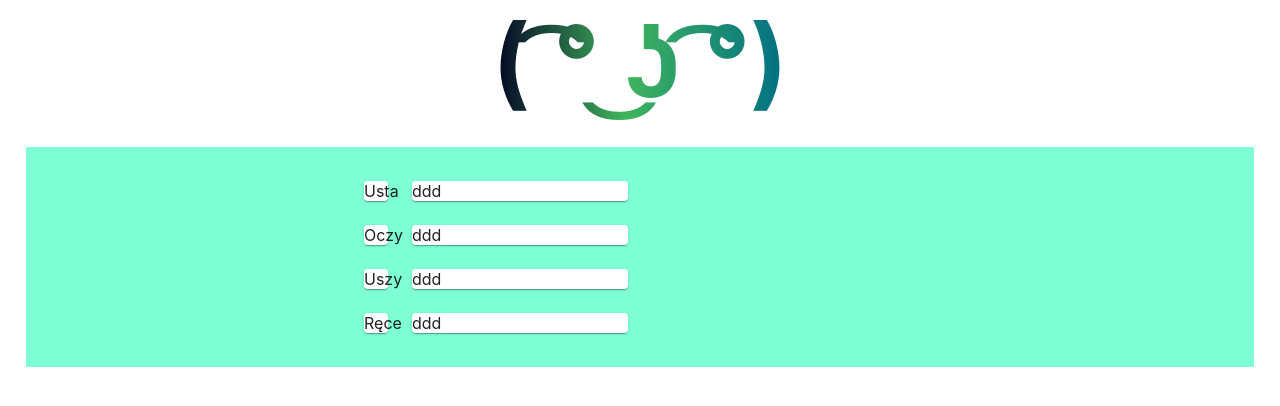
Repository: ogigg/react-Lenny-generator
Page: / (app in lenny-generator/)
The author's editor kept a copy of each file at every save. The page is drawn from the files as they stood at one save, then again after the next save.
The browser window is 1280 px wide. The pictures show the whole page.
The project was rebuilt for these pictures with package versions that can differ from the ones it lists, and the page was loaded fresh each time.

Above is the page before, as saved 2019-12-12 16:17:17.

After the next save:
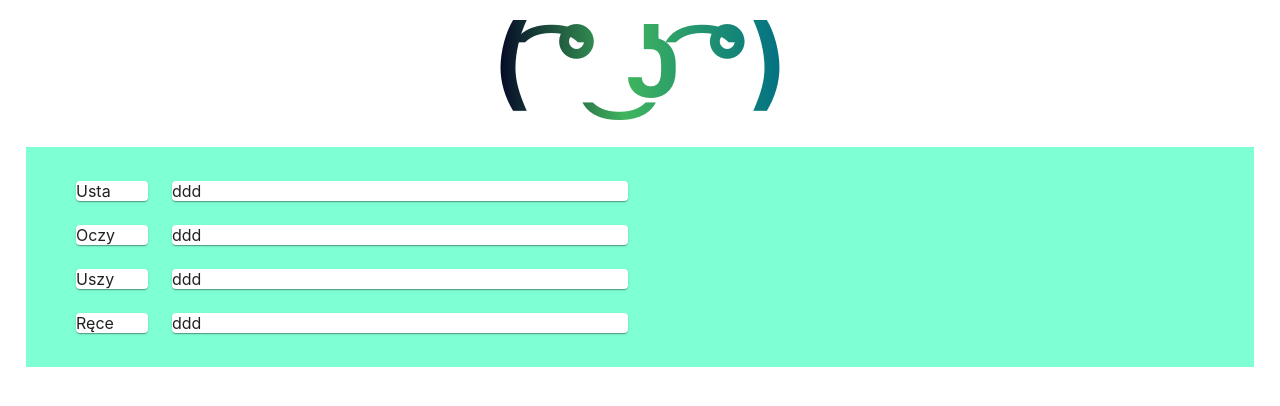
Saved 7 s later.
--- a/lenny-generator/src/App.js
+++ b/lenny-generator/src/App.js
@@ -18,7 +18,7 @@
     <div>
       <Lenny lenny={this.state.lennyFace}/>
       <div className="menu-wrapper">
-        <Grid container spacing={3} alignItems={'stretch'} xs={6}>
+        <Grid container spacing={3} alignItems={'stretch'} xs={12}>
           <Grid container item spacing={3}>
             <Grid item xs={1}>
               <Paper>Usta</Paper>

After the 2 saves that followed:
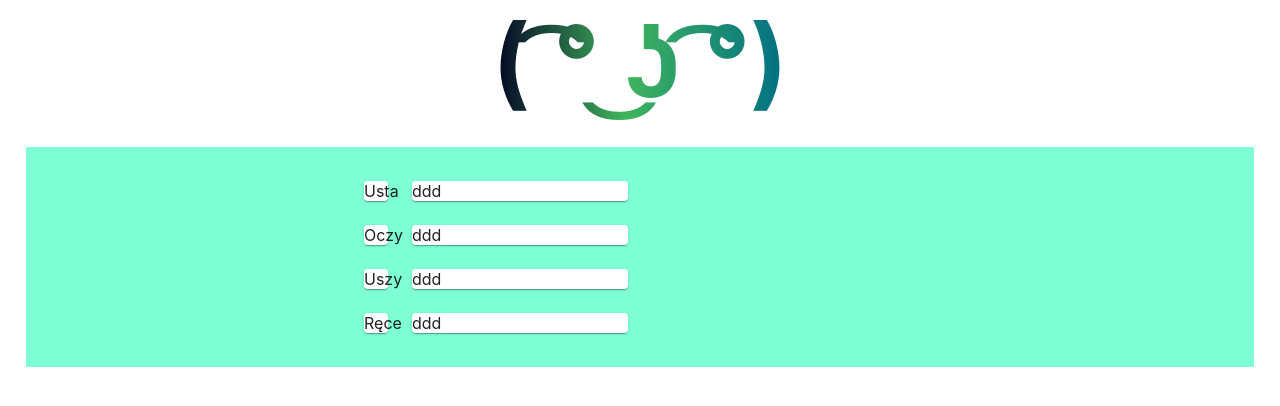
The 2 saves are shown as one change because they came seconds apart.
The last was saved 7 s later.
--- a/lenny-generator/src/App.js
+++ b/lenny-generator/src/App.js
@@ -18,7 +18,7 @@
     <div>
       <Lenny lenny={this.state.lennyFace}/>
       <div className="menu-wrapper">
-        <Grid container spacing={3} alignItems={'stretch'} xs={12}>
+        <Grid container spacing={3} alignItems={'stretch'} xs={6}>
           <Grid container item spacing={3}>
             <Grid item xs={1}>
               <Paper>Usta</Paper>
